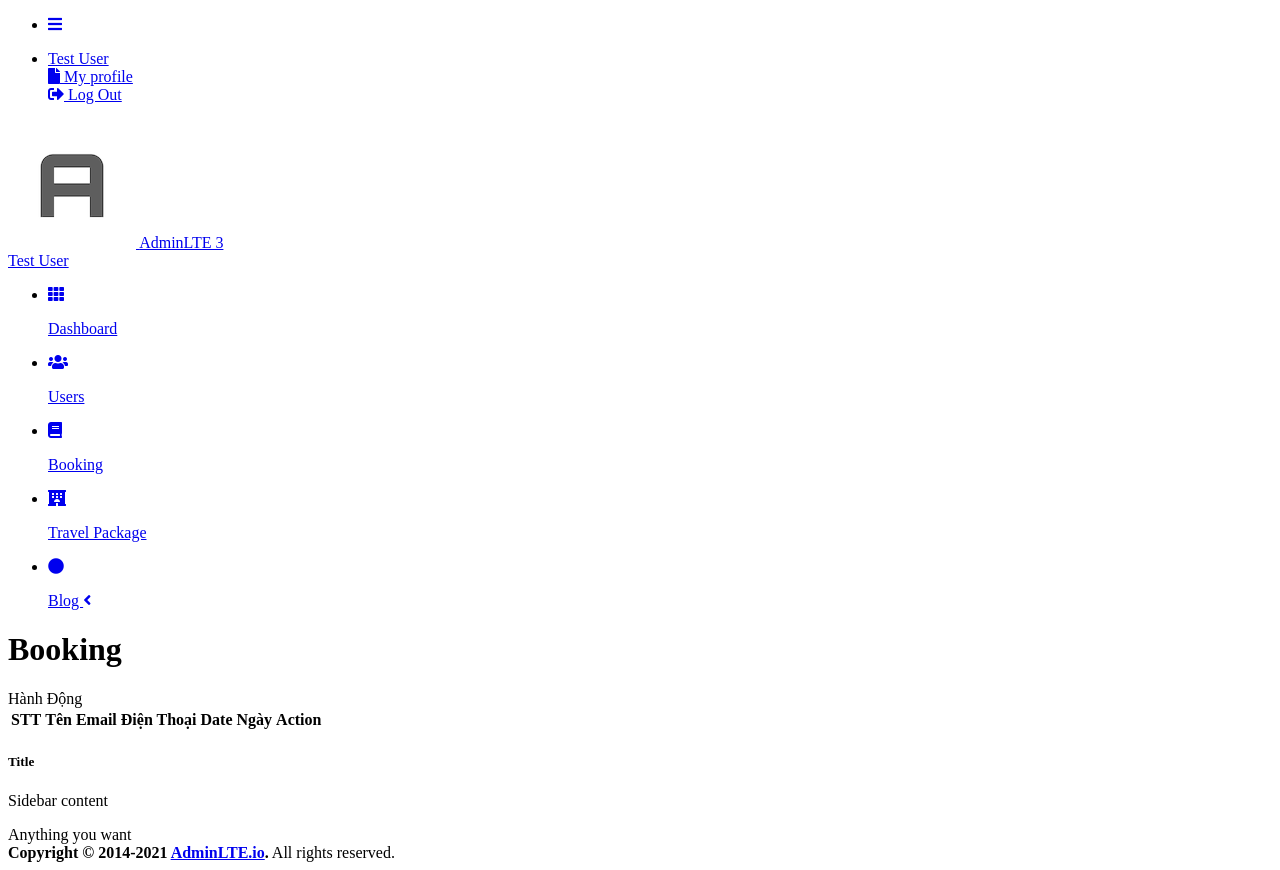
Repository: Thanghuu01222059/Booking-hotel
Page: http://localhost/admin/bookings
These files come from the project's save history. The page is drawn as it stood at one moment and after a run of saves; the edit follows.
The browser window is 1280 px wide. The pictures show the whole page.
Some web fonts or font styles are not loaded; a fallback is used. The page is served by the project's Laravel application, run on PHP 8.4 with Laravel 10. A made-up administrator, Test User (test@example.com), is signed in. Queries for data that is not in the repository find no rows.

Above is the page before, as saved 2023-11-04 16:50:38.
Console error: TypeError: Cannot read properties of undefined (reading 'fn')

After the next 2 saves:
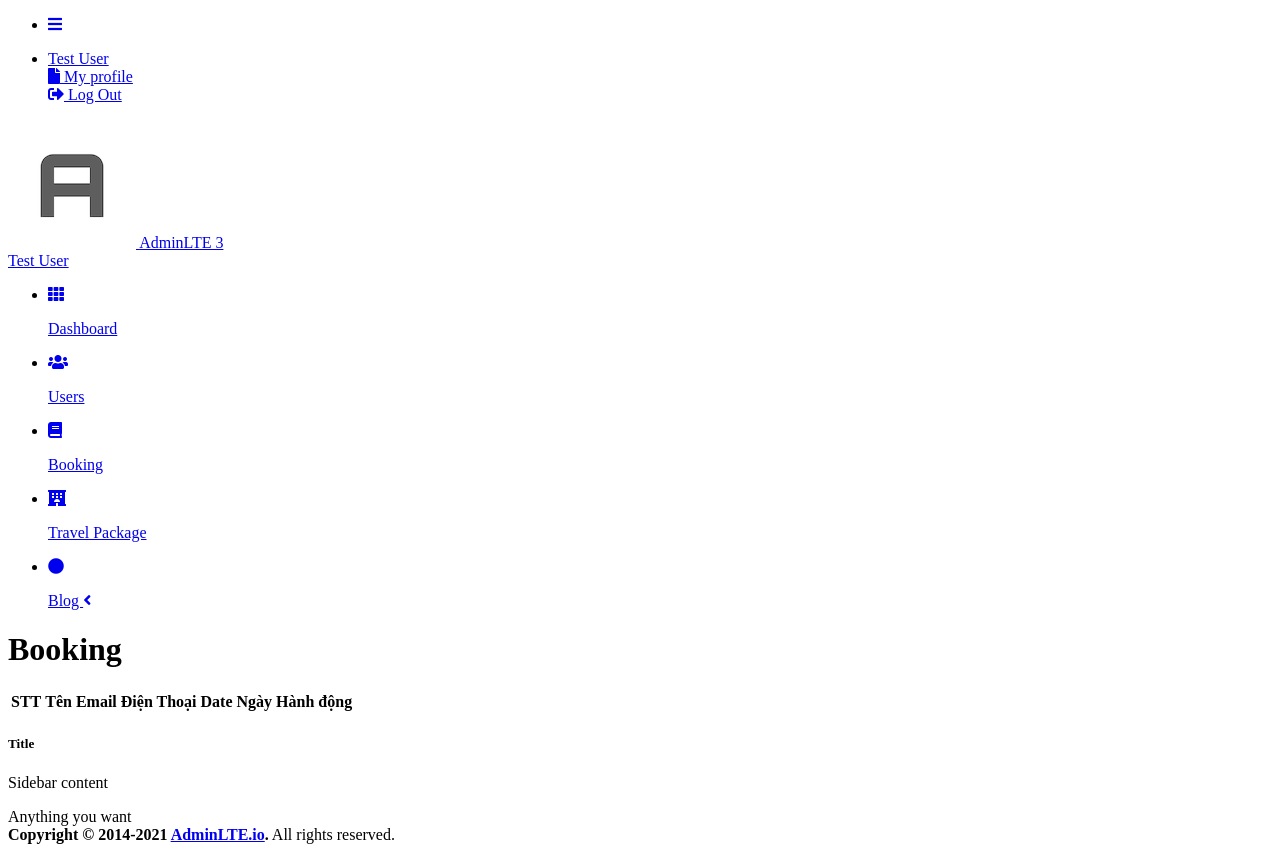
The 2 saves are shown as one change because they came seconds apart.
The last was saved 13 s later.
--- a/resources/views/admin/bookings/index.blade.php
+++ b/resources/views/admin/bookings/index.blade.php
@@ -31,8 +31,8 @@
                                         <th>Điện Thoại</th>
                                         <th>Date</th>
                                         <th>Ngày</th>
-                                        <th>Action</th>
-                                    </tr>Hành Động
+                                        <th>Hành động</th>
+                                    </tr>
                                 </thead>
                                 <tbody>
                                 @foreach($bookings as $booking)
